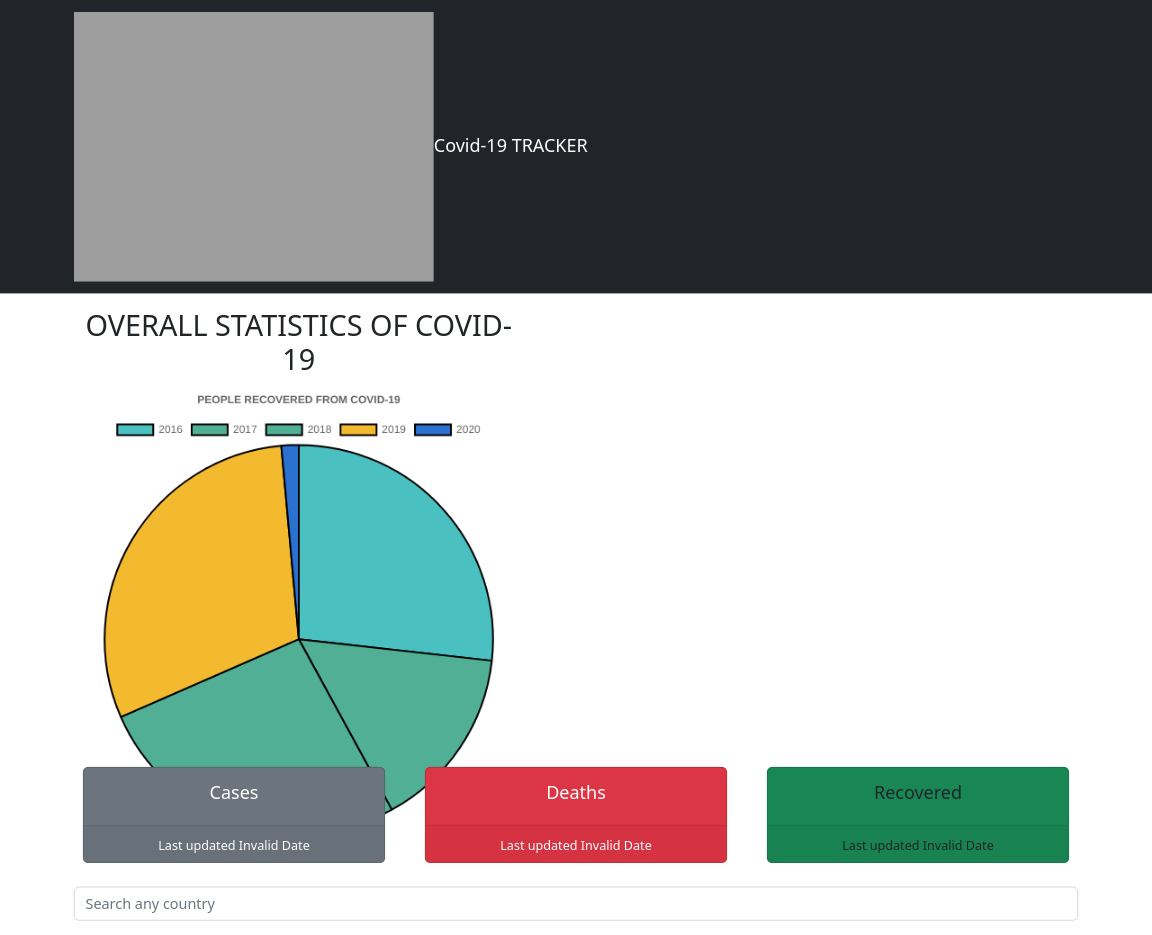
Repository: azizdeghais/CovidTracker
Page: /
An editor plug-in stored every save of this project. The page is shown before and after a run of saves, followed by the edit.
The browser window is 1280 px wide. The pictures show the whole page, at 90% of full size.
Pictures or frames that could not be fetched are drawn as grey boxes. The page's requests for data from a server got no answer. The project was rebuilt for these pictures with package versions that can differ from the ones it lists, and the page was loaded fresh each time. No one was signed in, and anything a server would have sent is missing. Also part of the build but not shown: vite.config.js.

Above is the page before, as saved 2023-03-10 17:34:29.

### index.html
<!DOCTYPE html>
<html lang="en">
  <head>
    <meta charset="UTF-8" />
    <link rel="icon" type="image/svg+xml" href="/vite.svg" />
    <meta name="viewport" content="width=device-width, initial-scale=1.0" />
    <title>Covid-19 Tracker</title>

  </head>
  <body>
    <div id="root"></div>
    <script type="module" src="/src/main.jsx"></script>
  </body>
</html>

### src/main.jsx
import React from 'react'
import ReactDOM from 'react-dom/client'
import App from './App'
import 'bootstrap/dist/css/bootstrap.min.css';


ReactDOM.createRoot(document.getElementById('root')).render(
  <React.StrictMode>
    <App />
  </React.StrictMode>,
)

### src/App.jsx
import React, { useEffect,useState } from 'react'

import Chart from "chart.js/auto";
import { CategoryScale } from "chart.js";
import PieChart from './components/PieChart';
import { Data } from './utils/Data';


import axios from 'axios'
import Container from 'react-bootstrap/Container';
import Row from 'react-bootstrap/Row';
import Col from 'react-bootstrap/Col';
import Card from 'react-bootstrap/Card';
import Stack from 'react-bootstrap/Stack';
import Form from 'react-bootstrap/Form';



import './App.css'
import Nav from './components/Nav';



Chart.register(CategoryScale);


function App() {

  const [chartData, setChartData] = useState({
    labels: Data.map((data) => data.year),
    datasets: [
      {
        label: "Users Gained ",
        data: Data.map((data) => data.userGain),
        backgroundColor: [
          "rgba(75,192,192,1)",
          "#50AF95",
          "#50AF95",
          "#f3ba2f",
          "#2a71d0"
        ],
        borderColor: "black",
        borderWidth: 2
      }
    ]
  })
  const [latest,setLatest]=useState([])
  const [results,setResults]=useState([])
  const [searchCountries,setSearchCountries]=useState('')


  useEffect(()=>{
    axios.all([
      axios.get('https://corona.lmao.ninja/v3/covid-19/all'),
      axios.get('https://corona.lmao.ninja/v3/covid-19/countries')
  ])

    .then(resArr=>{
           setLatest(resArr[0].data)
           setResults(resArr[1].data)
    })
    .catch(err=>{
      console.log(err)
    })
  },[])

  const date=new Date(parseInt(latest.updated));
  const lastUpdated=date.toString();

  const filterCountries=results.filter(item=>{
    return searchCountries !== ''
     ? item.country.includes(searchCountries)
     : item
   })

   const countries = filterCountries.map((data,i)=>{
    return (
      <Card
      key={i}
      bg='light'
      text='dark'
      className='text-center'
      style={{margin:'10px'}}
      >
        <Card.Img variant='top' src={data.countryInfo.flag} />
      <Card.Body>
        <Card.Title>{data.country}</Card.Title>
        <Card.Text>Cases: {data.cases}</Card.Text>
        <Card.Text>Deaths: {data.deaths}</Card.Text>
        <Card.Text>Recovered: {data.recovered}</Card.Text>
        <Card.Text>Today's cases: {data.todayCases}</Card.Text>
        <Card.Text>Today's deaths: {data.todayDeaths}</Card.Text>
        <Card.Text>Active {data.active}</Card.Text>


      </Card.Body>

      </Card>

    )
   })




  return (
    <>
    <Nav/>
    <Container>
    <div  style={{width:'500px',height:'300px',marginBottom:'200px'}}>
        <PieChart chartData={chartData}/>
    </div>

      <Row className='mb-3'>
        <Col>
          <Card className='text-center' bg='secondary' text='white' style={{margin:'10px'}} >
            <Card.Body>
              <Card.Title>Cases</Card.Title>
              <Card.Text>
                {latest.cases}
              </Card.Text>
            </Card.Body>
            <Card.Footer>
              <small>Last updated {lastUpdated}</small>
            </Card.Footer>
          </Card>
        </Col>
        <Col>
          <Card className='text-center' bg='danger' text='white' style={{margin:'10px'}}>
            <Card.Body>
              <Card.Title>Deaths</Card.Title>
              <Card.Text>
                {latest.deaths}
              </Card.Text>
            </Card.Body>
            <Card.Footer>
            <small>Last updated {lastUpdated}</small>

            </Card.Footer>
          </Card>
        </Col>
        <Col>
          <Card className='text-center' bg='success' style={{margin:'10px'}} >
            <Card.Body>
              <Card.Title>Recovered</Card.Title>
              <Card.Text>
               {latest.recovered}
              </Card.Text>
            </Card.Body>
            <Card.Footer>
            <small>Last updated {lastUpdated}</small>

            </Card.Footer>
          </Card>
        </Col>
      </Row>
      <Form className='mb-3'>
      <Form.Group >
        <Form.Control
         type='text'
         placeholder='Search any country'
         onChange={e=> setSearchCountries(e.target.value)} />
      </Form.Group>
      </Form>
      <div className='countries-list'>
      {countries}
      </div>


    </Container>
    </>
  )
}

export default App

### src/components/PieChart.jsx
import React from "react";
import { Pie } from "react-chartjs-2";

function PieChart({ chartData }) {
  return (
    <div className="chart-container">
      <h2 style={{ textAlign: "center" }}>OVERALL STATISTICS OF COVID-19 </h2>
      <Pie
        data={chartData}
        options={{
          plugins: {
            title: {
              display: true,
              text: "PEOPLE RECOVERED FROM COVID-19"
            }
          }
        }}
       width={600}
       height={100}
      />
    </div>
  );
}
export default PieChart;

### src/App.css
.countries-list{
    display:flex;
    flex-direction:row;
    width: '1000px';
    flex-wrap: wrap;
    justify-content: space-between;
}

### src/components/Nav.jsx
import React from 'react'
import Container from 'react-bootstrap/Container';
import Navbar from 'react-bootstrap/Navbar';

const Nav = () => {
  return (
    <>

    <Navbar bg="dark" variant="dark" className='mb-3'>
      <Container>
        <Navbar.Brand href="#home">
        <img src="https://img.icons8.com/color/48/null/coronavirus--v1.png"/>
          Covid-19 TRACKER
        </Navbar.Brand>
      </Container>
    </Navbar>
  </>
  )
}

export default Nav

Loaded but not shown: src/utils/Data.js (common file)

After the next 3 saves:
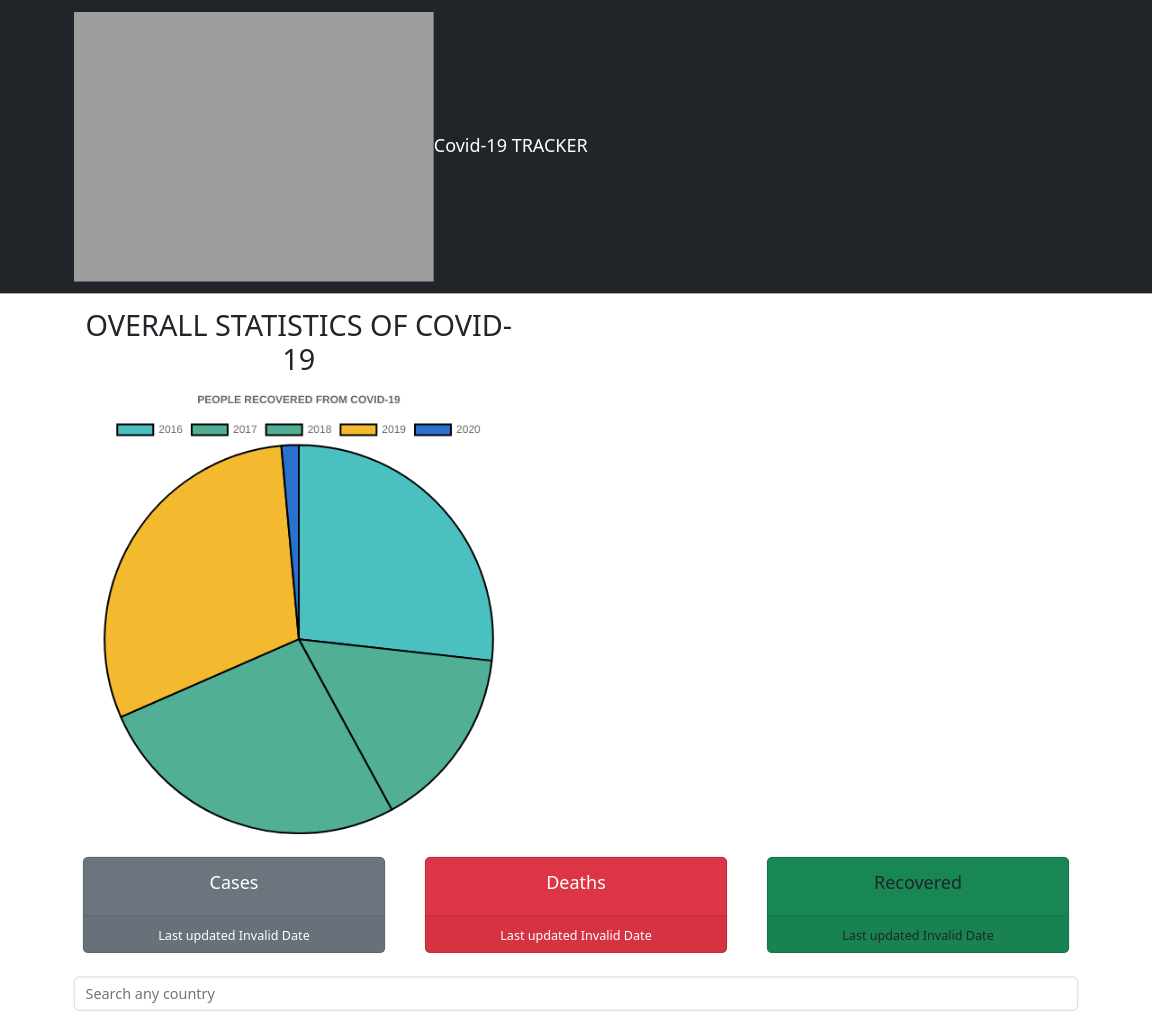
The 3 saves are shown as one change because they came seconds apart.
The last was saved 10 s later.
--- a/src/App.jsx
+++ b/src/App.jsx
@@ -107,7 +107,7 @@ function App() {
     <>
     <Nav/>
     <Container>
-    <div  style={{width:'500px',height:'300px',marginBottom:'200px'}}>
+    <div  style={{width:'500px',height:'300px',marginBottom:'300px'}}>
         <PieChart chartData={chartData}/>
     </div>
 
